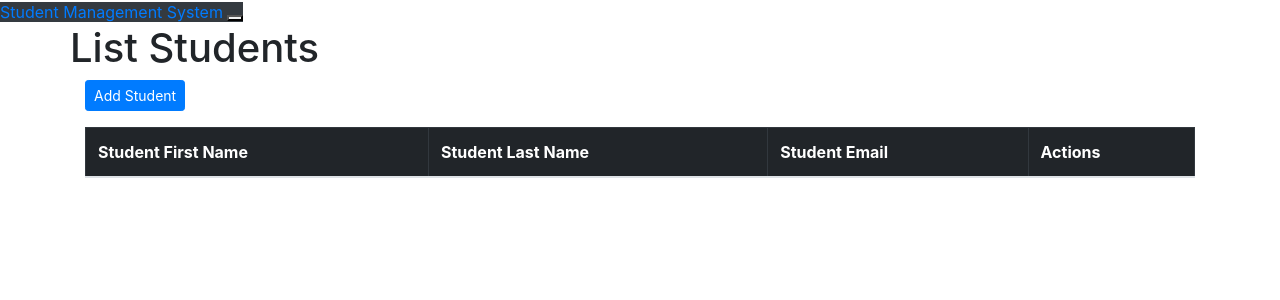
Repository: Nivansh/GoodReads2
Page: http://localhost/students
The author's editor kept a copy of each file at every save. The page is drawn from the files as they stood at one save, then again after the next save.
The browser window is 1280 px wide. The pictures show the whole page.
The page is this project's Thymeleaf template; nobody is signed in. The template is opened directly, without the code that normally fills it, so the values that code supplies are empty.

Above is the page before, as saved 2023-10-06 12:50:10.

After the next save:
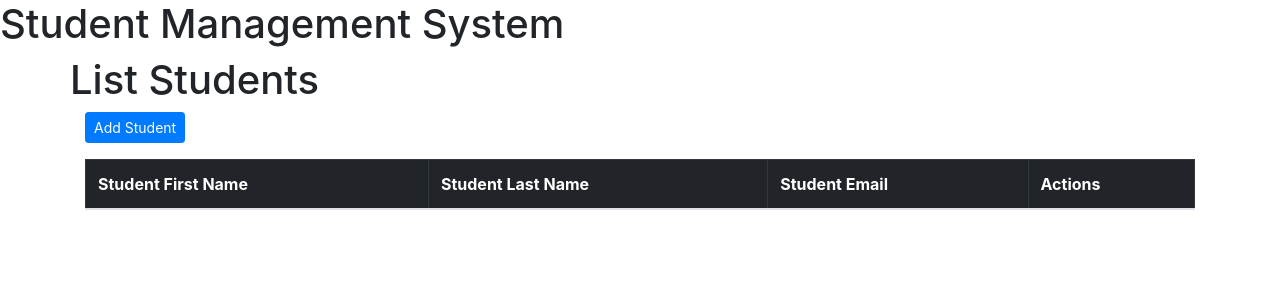
Saved 9 min 44 s later.
--- a/StudentManagementSystem/src/main/resources/templates/students.html
+++ b/StudentManagementSystem/src/main/resources/templates/students.html
@@ -9,28 +9,7 @@
 	crossorigin="anonymous">
 </head>
 <body>
-<sou class="soumya soumya-expand-md bg-dark soumya-dark">
-  <!-- Brand -->
-  <a class="soumya-brand" href="#">Student Management System</a>
-
-  <!-- Toggler/collapsibe Button -->
-  <button class="soumya-toggler" type="button" data-toggle="collapse" data-target="#collapsibleNavbar">
-    <span class="soumya-toggler-icon"></span>
-  </button>
-
-  <!-- soumya links -->
-  <div class="collapse soumya-collapse" id="collapsibleNavbar">
-    <ul class="soumya-sou">
-      <li class="sou-item">
-        <a class="sou-link" th:href="@{/students}">Student Management</a>
-      </li>
-      <li class="sou-item">
-        <a class="sou-link" th:href="@{/students}">Teacher Management</a>
-      </li>
-    </ul>
-  </div>
-</nav>
-
+<h1>Student Management System </h1>
 	<div class ="container">
 		<div class = "row">
 			<h1> List Students </h1>
